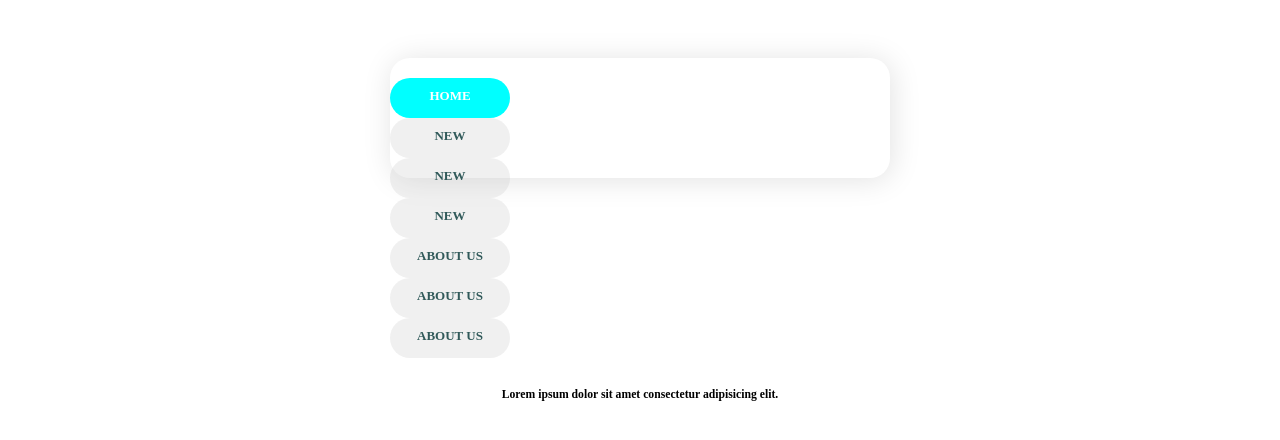
Repository: KHANHD192/JS_evondev
Page: eondev/tab_scroll/index.html
The author's editor kept a copy of each file at every save. The page is drawn from the files as they stood at one save, then again after the next save.
The browser window is 1280 px wide. The pictures show the whole page.

Above is the page before, as saved 2023-05-30 11:20:18.

After the next save:
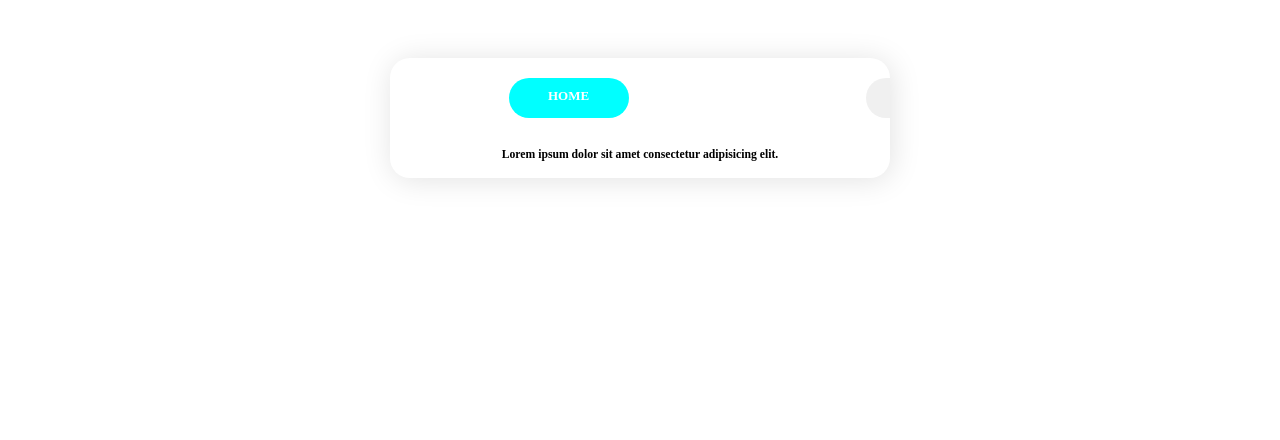
Saved 26 s later.
--- a/eondev/tab_scroll/index.html
+++ b/eondev/tab_scroll/index.html
@@ -42,12 +42,13 @@
        .tab_list{
         width: 100%;
         margin-top: 2rem;
-        display: flex;
-        justify-content: space-around;
+
         overflow-x: auto;
 
        }
        .list_content{
+        display: flex;
+        justify-content: space-around;
         width: 500%;
         white-space: nowrap;
        }
